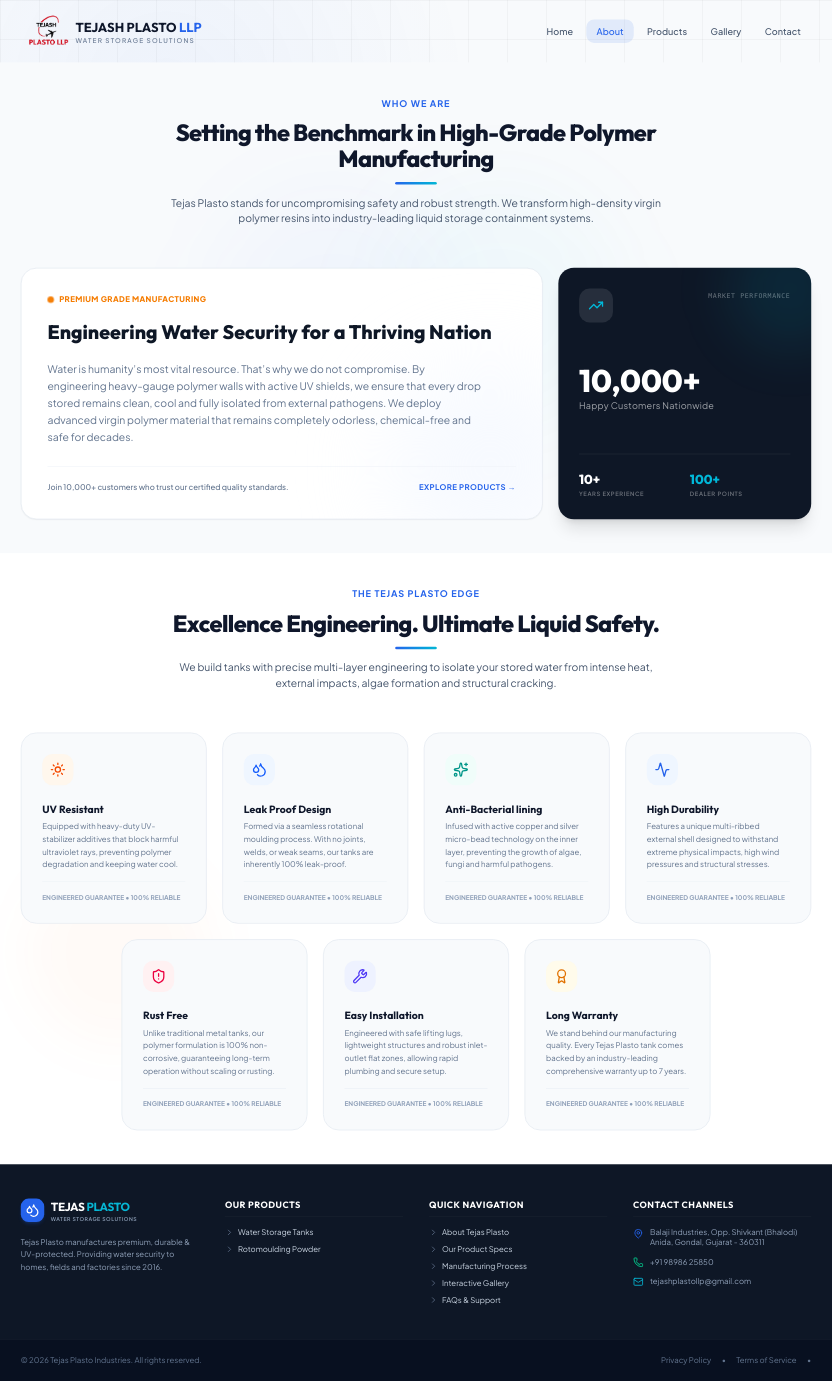
Repository: NikunjRajpara/TejasPlasto
Page: /about
An editor plug-in stored every save of this project. The page is shown before and after the next save, followed by the edit.
The browser window is 1280 px wide. The pictures show the whole page, at 65% of full size.
The project was rebuilt for these pictures with package versions that can differ from the ones it lists, and the page was loaded fresh each time. Also part of the build but not shown: vite.config.js, src/components/Hero.jsx, src/components/ProductCategories.jsx, src/components/ManufacturingProcess.jsx, src/components/Testimonials.jsx, src/components/Gallery.jsx, src/components/FAQ.jsx, src/components/Contact.jsx and 4 more.

Above is the page before, as saved 2026-07-09 17:56:05.

### index.html
<!doctype html>
<html lang="en">
  <head>
    <meta charset="UTF-8" />
    <meta name="viewport" content="width=device-width, initial-scale=1.0" />
    <title>Tejash Plasto LLP - Strong, Safe and Reliable Water Storage Tanks</title>
  </head>
  <body>
    <div id="root"></div>
    <script type="module" src="/src/main.jsx"></script>
  </body>
</html>

### src/main.jsx
import { StrictMode } from "react";
import { createRoot } from "react-dom/client";
import { BrowserRouter } from "react-router-dom";   // <-- Add this

import App from "./App.jsx";
import "./index.css";

createRoot(document.getElementById("root")).render(
  <StrictMode>
    <BrowserRouter>
      <App />
    </BrowserRouter>
  </StrictMode>
);

### src/App.jsx
import { BrowserRouter, Routes, Route } from "react-router-dom";
import Layout from "./layouts/Layout";
import Home from "./pages/Home";
import About from "./pages/About";
import Products from "./pages/Products";
import GalleryPage from "./pages/GalleryPage";
import ContactPage from "./pages/Contact";
import ScrollToTop from "./components/ScrollToTop";
export default function App() {
  return (
    <>
	<ScrollToTop />
      <Routes>

        <Route element={<Layout />}>

          <Route path="/" element={<Home />} />

          <Route path="/about" element={<About />} />

          <Route path="/products" element={<Products />} />

          <Route path="/gallery" element={<GalleryPage />} />

          <Route path="/contact" element={<ContactPage />} />

        </Route>

      </Routes>
    </>
  );
}

### src/index.css
@import url('https://fonts.googleapis.com/css2?family=Outfit:wght@300;400;500;600;700;800&family=Plus+Jakarta+Sans:wght@300;400;500;600;700;800&display=swap');
@import "tailwindcss";

@theme {
	--font-sans: "Plus Jakarta Sans", sans-serif;
	--font-display: "Outfit", sans-serif;

	--color-primary: #2563EB;
	--color-secondary: #06B6D4;
	--color-accent: #6366F1;
	--color-dark-footer: #0E1726;

	--color-bg-dark: #060913;
	--color-bg-card: rgba(13, 20, 38, .55);

	--color-text-dark: #F8FAFC;
	--color-text-light: #0F172A;

	--color-border: rgba(255, 255, 255, .08);

	--transition-smooth: all .3s ease;
}


html {
	scroll-behavior: smooth;
	font-family: var(--font-sans);
}

body {
	background: #f8fafc;
}

.dark body {
	background: #060913;
}

body::before {

	content: "";

	position: fixed;

	inset: 0;

	pointer-events: none;

	background:

		radial-gradient(circle at 20% 20%,
			rgba(37, 99, 235, .05),
			transparent 40%),

		radial-gradient(circle at 80% 80%,
			rgba(6, 182, 212, .05),
			transparent 40%),

		linear-gradient(rgba(0, 0, 0, .03) 1px, transparent 1px),

		linear-gradient(90deg,
			rgba(0, 0, 0, .03) 1px,
			transparent 1px);

	background-size:
		100%,
		100%,
		60px 60px,
		60px 60px;

	z-index: -1;

}

.font-display {
	font-family: var(--font-display);
}

.scrollbar-hide::-webkit-scrollbar {
	display: none;
}

.scrollbar-hide {
	scrollbar-width: none;
}

.gallery-wrapper {
	overflow: hidden;
	position: relative;
}

.gallery-track {
	display: flex;
	gap: 24px;
	width: max-content;
	animation: galleryScroll 35s linear infinite;
}

.gallery-track:hover {
	animation-play-state: paused;
}

@keyframes galleryScroll {
	from {
		transform: translateX(0);
	}

	to {
		transform: translateX(-50%);
	}
}

.glass-card {
	background: rgba(255, 255, 255, .75);
	backdrop-filter: blur(14px);
	border: 1px solid rgba(255, 255, 255, .4);
	box-shadow: 0 10px 30px rgba(0, 0, 0, .08);
	transition: .3s;
}

.dark .glass-card {
	background: rgba(13, 20, 38, .55);
	border: 1px solid rgba(255, 255, 255, .08);
}

.glass-card:hover {
	transform: translateY(-6px);
}

.gradient-btn {

	background: linear-gradient(135deg,
			#2563EB,
			#06B6D4);

	color: white;

	transition: .3s;

	box-shadow:
		0 12px 35px rgba(37, 99, 235, .25);

}

.gradient-btn:hover {

	transform: translateY(-3px);

	box-shadow:
		0 18px 40px rgba(6, 182, 212, .35);

}
.btn-primary{
    background:linear-gradient(135deg,#2563EB,#06B6D4);
    color:white;
    transition:.3s;
    box-shadow:0 12px 30px rgba(37,99,235,.25);
}

.btn-primary:hover{
    transform:translateY(-2px);
    box-shadow:0 18px 40px rgba(37,99,235,.35);
}
.card{
    background:white;
    border:1px solid rgb(226 232 240);
    border-radius:24px;
    box-shadow:0 10px 30px rgba(15,23,42,.06);
    transition:.3s;
}

.card:hover{
    transform:translateY(-6px);
    box-shadow:0 20px 40px rgba(15,23,42,.10);
}

### src/layouts/Layout.jsx
import { useState } from "react";
import { Outlet } from "react-router-dom";
import Navbar from "../components/Navbar";
import Footer from "../components/Footer";
export default function Layout() {
	return (
		<>
			{/* Navbar */}
			<Navbar />

			{/* Current Page */}
			<main className="pt-24">
				<Outlet
					context={{}}
				/>
			</main>

			{/* Footer */}
			<Footer />

		</>
	);
}

### src/pages/About.jsx
import Navbar from "../components/Navbar";
import CompanyOverview from "../components/CompanyOverview";
import Footer from "../components/Footer";
import { useOutletContext } from "react-router-dom";
import WhyChooseUs from "../components/WhyChooseUs";
export default function About() {
	const { handleOpenQuote } = useOutletContext();
  return (
    <>

      <CompanyOverview />
	  <WhyChooseUs/>

    </>
  );
}

### src/components/ScrollToTop.jsx
import { useEffect } from "react";
import { useLocation } from "react-router-dom";

export default function ScrollToTop() {
  const { pathname } = useLocation();

  useEffect(() => {
    window.scrollTo({
      top: 0,
      left: 0,
      behavior: "instant", // or "smooth"
    });
  }, [pathname]);

  return null;
}

### src/components/Navbar.jsx
import React, { useState, useEffect } from "react";
import { motion, AnimatePresence } from "framer-motion";
import logo from "../assets/images/logo.png";
import {
	Menu,
	X,
} from "lucide-react";

import { NavLink } from "react-router-dom";

export default function Navbar({ }) {
	const [isScrolled, setIsScrolled] = useState(false);
	const [mobileMenuOpen, setMobileMenuOpen] = useState(false);

	useEffect(() => {
		const handleScroll = () => {
			setIsScrolled(window.scrollY > 20);
		};

		window.addEventListener("scroll", handleScroll);

		return () =>
			window.removeEventListener("scroll", handleScroll);
	}, []);

	const navLinks = [
		{
			name: "Home",
			path: "/",
		},
		{
			name: "About",
			path: "/about",
		},
		{
			name: "Products",
			path: "/products",
		},
		{
			name: "Gallery",
			path: "/gallery",
		},
		{
			name: "Contact",
			path: "/contact",
		},
	];

	return (
		<>
			<header
				className={`fixed top-0 left-0 right-0 z-40 transition-all duration-300 ${isScrolled
					? "bg-white/75 backdrop-blur-xl border-b border-slate-200/60 shadow-sm py-3"
					: "bg-transparent py-5"
					}`}
			>
				<div className="max-w-7xl mx-auto px-4 sm:px-6 lg:px-8">

					<div className="flex items-center justify-between">

						{/* Logo */}

						<NavLink to="/" className="flex items-center">
							<img
								src={logo}
								alt="Tejash Plasto LLP"
								className="h-14 w-auto"
							/>


							<div className="leading-tight">

								<h2 className="font-display text-xl font-bold text-slate-900">
									TEJASH PLASTO
									<span className="text-primary"> LLP</span>
								</h2>

								<p className="text-[10px] uppercase tracking-[0.18em] text-slate-500 font-medium">
									Water Storage Solutions
								</p>

							</div>
						</NavLink>

						{/* Desktop Navigation */}

						<nav className="hidden lg:flex items-center gap-1">

							{navLinks.map((item) => (

								<NavLink
									key={item.name}
									to={item.path}
									className={({ isActive }) =>
										`px-4 py-2 rounded-xl text-sm font-medium transition-all ${isActive
											? "bg-primary/10 text-primary"
											: "text-slate-600 hover:bg-slate-100 hover:text-slate-900"
										}`
									}
								>
									{item.name}
								</NavLink>

							))}

						</nav>
						{/* Mobile Menu Button */}

						<button
							onClick={() =>
								setMobileMenuOpen(!mobileMenuOpen)
							}
							className="lg:hidden p-2 rounded-xl border border-slate-200 hover:bg-slate-100"
						>
							{mobileMenuOpen ? (
								<X className="w-6 h-6" />
							) : (
								<Menu className="w-6 h-6" />
							)}
						</button>

					</div>

				</div>

			</header>

			{/* ========================= */}
			{/* Mobile Drawer */}
			{/* ========================= */}

			<AnimatePresence>

				{mobileMenuOpen && (
					<>

						{/* Backdrop */}

						<motion.div
							initial={{ opacity: 0 }}
							animate={{ opacity: 1 }}
							exit={{ opacity: 0 }}
							onClick={() =>
								setMobileMenuOpen(false)
							}
							className="fixed inset-0 bg-black/40 backdrop-blur-sm z-40"
						/>

						{/* Drawer */}

						<motion.div
							initial={{ x: "100%" }}
							animate={{ x: 0 }}
							exit={{ x: "100%" }}
							transition={{
								duration: 0.3,
							}}
							className="fixed top-0 right-0 bottom-0 w-80 bg-white z-50 shadow-2xl p-6 flex flex-col"
						>

							{/* Top */}

							<div className="flex items-center justify-between border-b border-slate-200 pb-5">

								<div className="flex items-center gap-3">

									<img
										src={logo}
										alt="Tejash Plasto LLP"
										className="h-12 w-auto"
									/>

									<div>

										<h3 className="font-display text-lg font-bold text-slate-900">
											TEJASH PLASTO
											<span className="text-primary"> LLP</span>
										</h3>

										<p className="text-[10px] uppercase tracking-widest text-slate-500">
											Water Storage Solutions
										</p>

									</div>

								</div>

								<button
									onClick={() =>
										setMobileMenuOpen(false)
									}
									className="w-10 h-10 rounded-xl border border-slate-200 flex items-center justify-center hover:bg-slate-100 transition"
								>
									<X className="w-5 h-5" />
								</button>

							</div>

							{/* Navigation */}

							<div className="mt-6 flex flex-col gap-2 flex-1">

								{navLinks.map((item) => (

									<NavLink
										key={item.name}
										to={item.path}
										onClick={() =>
											setMobileMenuOpen(false)
										}
										className={({ isActive }) =>
											`px-4 py-3 rounded-xl text-base font-medium transition ${isActive
												? "bg-primary text-white"
												: "text-slate-700 hover:bg-slate-100"
											}`
										}
									>
										{item.name}
									</NavLink>

								))}

							</div>
							{/* Bottom */}

						</motion.div>
					</>
				)}
			</AnimatePresence>
		</>
	);
}

### src/components/Footer.jsx
import React from 'react';
import { Droplets, Mail, Phone, MapPin, Facebook, Twitter, Linkedin, ChevronRight } from 'lucide-react';

export default function Footer() {
  const currentYear = new Date().getFullYear();

  const productLinks = [
    { name: 'Water Storage Tanks', href: '#products' },
    { name: 'Rotomoulding Powder', href: '#products' },
    ];

  const quickLinks = [
    { name: 'About Tejas Plasto', href: '#about' },
    { name: 'Our Product Specs', href: '#products' },
    { name: 'Manufacturing Process', href: '#process' },
    { name: 'Interactive Gallery', href: '#gallery' },
    { name: 'FAQs & Support', href: '#faq' },
  ];

  return (
    <footer className="bg-[#0E1726] text-slate-300 font-sans" id="app-footer">
      {/* Top Footer Sections */}
      <div className="max-w-7xl mx-auto px-4 sm:px-6 lg:px-8 py-13">
        <div className="grid grid-cols-1 md:grid-cols-2 lg:grid-cols-4 gap-10 items-start" id="footer-columns">

          {/* Col 1*/}
          <div className="lg:col-span-1 space-y-5">
            <a href="#home" className="flex items-center gap-2.5" id="footer-logo">
              <div className="w-9 h-9 bg-primary rounded-xl flex items-center justify-center text-white shadow-md shadow-primary/20">
                <Droplets className="w-5.5 h-5.5" />
              </div>
              <div>
                <span className="font-display font-bold text-lg tracking-tight text-white">
                  TEJAS <span className="text-secondary">PLASTO</span>
                </span>
                <span className="block text-[8px] text-slate-400 font-semibold tracking-widest uppercase -mt-0.5">
                  Water Storage Solutions
                </span>
              </div>
            </a>

            <p className="text-xs text-slate-400 leading-relaxed max-w-sm">
              Tejas Plasto manufactures premium, durable & UV-protected. Providing water security to homes, fields and factories since 2016.
            </p>



          </div>

          {/* Col 2*/}
          <div className="lg:col-span-1 space-y-4">
            <h4 className="font-display font-bold text-white text-sm uppercase tracking-wider border-b border-white/5 pb-2">
              Our Products
            </h4>
            <ul className="space-y-2.5 text-xs">
              {productLinks.map((link, idx) => (
                <li key={`${link.name}-${idx}`}>
                  <a
                    href={link.href}
                    className="hover:text-primary transition-colors flex items-center gap-1.5"
                  >
                    <ChevronRight className="w-3.5 h-3.5 text-slate-500" /> {link.name}
                  </a>
                </li>
              ))}
            </ul>
          </div>

          {/* Col 3*/}
          <div className="lg:col-span-1 space-y-4">
            <h4 className="font-display font-bold text-white text-sm uppercase tracking-wider border-b border-white/5 pb-2">
              Quick Navigation
            </h4>
            <ul className="space-y-2.5 text-xs">
              {quickLinks.map((link, idx) => (
                <li key={`${link.name}-${idx}`}>
                  <a
                    href={link.href}
                    className="hover:text-primary transition-colors flex items-center gap-1.5"
                  >
                    <ChevronRight className="w-3.5 h-3.5 text-slate-500" /> {link.name}
                  </a>
                </li>
              ))}
            </ul>
          </div>

          {/* Col 4*/}
          <div className="lg:col-span-1 space-y-4">
            <h4 className="font-display font-bold text-white text-sm uppercase tracking-wider border-b border-white/5 pb-2">
              Contact Channels
            </h4>
            <ul className="space-y-3.5 text-xs text-slate-400">
              <li className="flex items-start gap-2.5">
                <MapPin className="w-4 h-4 text-primary shrink-0 mt-0.5" />
                <span>
                  Balaji Industries, Opp. Shivkant (Bhalodi) Anida, Gondal, Gujarat - 360311
                </span>
              </li>
              <li className="flex items-center gap-2.5">
                <Phone className="w-4 h-4 text-emerald-400 shrink-0" />
                <a href="tel:+919898625850" className="hover:text-white transition-colors">
                  +91 98986 25850
                </a>
              </li>
              <li className="flex items-center gap-2.5">
                <Mail className="w-4 h-4 text-secondary shrink-0" />
                <a href="mailto:contact@tejasplasto.com" className="hover:text-white transition-colors">
                  tejashplastollp@gmail.com
                </a>
              </li>
            </ul>
          </div>

        </div>
      </div>

      {/* Bottom Copyright Strip */}
      <div className="border-t border-white/5 bg-slate-950/40 text-slate-500 py-6 text-xs text-center">
        <div className="max-w-7xl mx-auto px-4 sm:px-6 lg:px-8 flex flex-col sm:flex-row items-center justify-between gap-4">
          <p>© {currentYear} Tejas Plasto Industries. All rights reserved.</p>
          <div className="flex gap-4">
            <a href="#faq" className="hover:text-slate-400 transition-colors">Privacy Policy</a>
            <span>•</span>
            <a href="#faq" className="hover:text-slate-400 transition-colors">Terms of Service</a>
            <span>•</span>
                      </div>
        </div>
      </div>
    </footer>
  );
}

### src/components/WhyChooseUs.jsx
import React from 'react';
import { motion } from 'motion/react';
import { ShieldCheck, Sun, Droplets, Sparkles, Activity, ShieldAlert, Wrench, Award, ArrowRight } from 'lucide-react';
import { FEATURES } from '../data';

export default function WhyChooseUs() {
	const getIcon = (iconName) => {
		switch (iconName) {
			case 'ShieldCheck':
				return <ShieldCheck className="w-6 h-6 text-emerald-600" />;
			case 'Sun':
				return <Sun className="w-6 h-6 text-orange-600" />;
			case 'Droplets':
				return <Droplets className="w-6 h-6 text-blue-600" />;
			case 'Sparkles':
				return <Sparkles className="w-6 h-6 text-teal-600" />;
			case 'Activity':
				return <Activity className="w-6 h-6 text-primary" />;
			case 'ShieldAlert':
				return <ShieldAlert className="w-6 h-6 text-rose-600" />;
			case 'Wrench':
				return <Wrench className="w-6 h-6 text-indigo-600" />;
			case 'Award':
				return <Award className="w-6 h-6 text-amber-600" />;
			default:
				return <ShieldCheck className="w-6 h-6 text-primary" />;
		}
	};

	const getBgColor = (iconName) => {
		switch (iconName) {
			case 'ShieldCheck': return 'bg-emerald-50 text-emerald-700';
			case 'Sun': return 'bg-orange-50 text-orange-700';
			case 'Droplets': return 'bg-blue-50 text-blue-700';
			case 'Sparkles': return 'bg-teal-50 text-teal-700';
			case 'Activity': return 'bg-blue-50 text-blue-700';
			case 'ShieldAlert': return 'bg-rose-50 text-rose-700';
			case 'Wrench': return 'bg-indigo-50 text-indigo-700';
			case 'Award': return 'bg-amber-50 text-amber-700';
			default: return 'bg-blue-50 text-blue-700';
		}
	};

	return (
		<section id="why-us" className="py-13 bg-white relative overflow-hidden">
			{/* Visual background accents */}
			<div className="absolute top-1/2 left-10 w-72 h-72 bg-orange-500/3 rounded-full blur-2xl pointer-events-none" />

			<div className="max-w-7xl mx-auto px-4 sm:px-6 lg:px-8 relative z-10">

				{/* Section Header */}
				<div className="text-center max-w-3xl mx-auto mb-16 space-y-4">
					<span className="text-sm font-bold text-primary uppercase tracking-widest block">THE TEJAS PLASTO EDGE</span>
					<h2 className="text-3xl sm:text-4xl font-display font-extrabold text-slate-900 tracking-tight">
						Excellence Engineering. Ultimate Liquid Safety.
					</h2>
					<div className="w-16 h-1 bg-gradient-to-r from-primary to-secondary mx-auto rounded" />
					<p className="text-slate-600">
						We build tanks with precise multi-layer engineering to isolate your stored water from intense heat, external impacts, algae formation and structural cracking.
					</p>
				</div>
				{/* Feature Cards Grid */}
				<div
					className="flex flex-wrap justify-center gap-6"
					id="features-cards-grid"
				>
					{FEATURES.map((feat, index) => (
						<motion.div
							key={feat.id}
							whileHover={{ y: -6 }}
							transition={{ duration: 0.2 }}
							className="w-full sm:w-[calc(50%-12px)] lg:w-[calc(25%-18px)] p-8 bg-slate-50 border border-slate-200 rounded-3xl flex flex-col justify-between hover:bg-white hover:shadow-xl hover:border-slate-300 transition-all group"
						>
							<div className="space-y-6">
								{/* Icon wrapper */}
								<div
									className={`w-12 h-12 rounded-2xl flex items-center justify-center ${getBgColor(
										feat.iconName
									)} group-hover:scale-110 transition-transform`}
								>
									{getIcon(feat.iconName)}
								</div>

								<div className="space-y-1.5">
									<h3 className="font-display font-bold text-slate-900 text-base">
										{feat.title}
									</h3>
									<p className="text-xs text-slate-500 leading-relaxed">
										{feat.description}
									</p>
								</div>
							</div>

							{/* Bottom Text */}
							<div className="pt-4 mt-4 border-t border-slate-200/50 flex items-center text-[10px] font-bold text-slate-400 group-hover:text-primary transition-colors">
								ENGINEERED GUARANTEE • 100% RELIABLE
							</div>
						</motion.div>
					))}
				</div>

			</div>
		</section>
	);
}

Loaded but not shown: src/data.js (226 lines, source omitted); src/components/CompanyOverview.jsx (155 lines, source omitted)

After the next save:
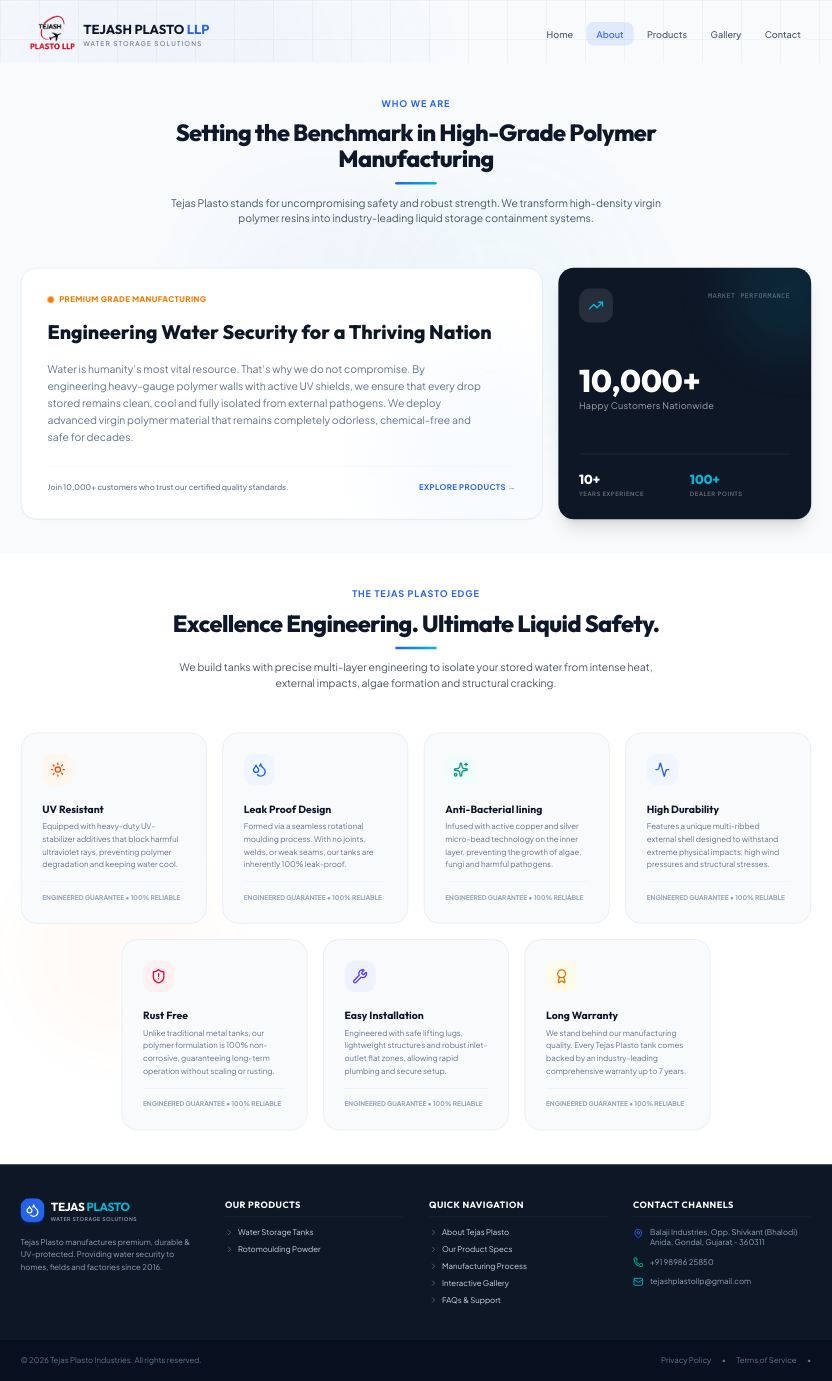
Saved 28 s later.
--- a/src/components/Navbar.jsx
+++ b/src/components/Navbar.jsx
@@ -64,7 +64,7 @@
 							<img
 								src={logo}
 								alt="Tejash Plasto LLP"
-								className="h-14 w-auto"
+								className="h-16 w-auto"
 							/>
 
 
